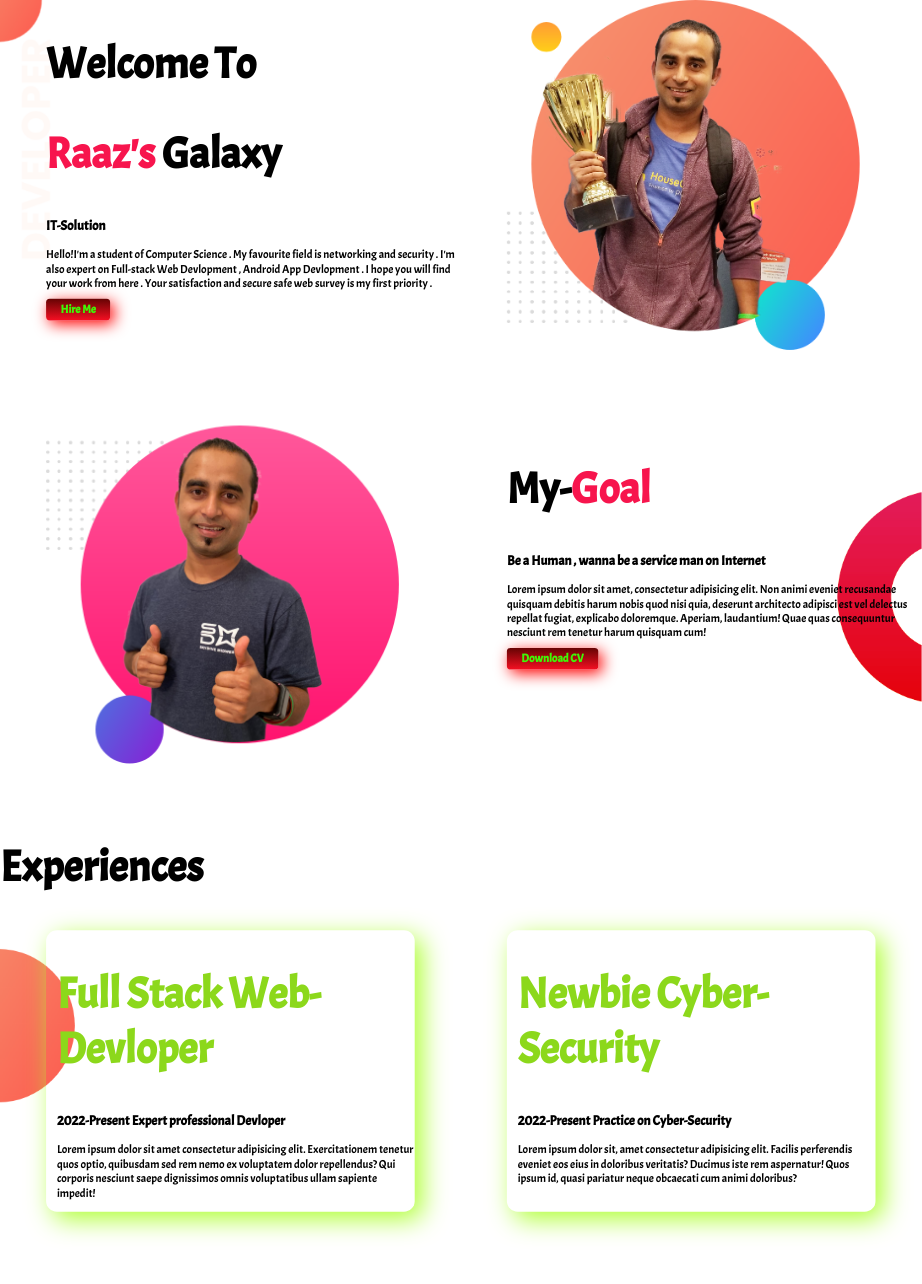
Repository: ramizraaz/my-portfolio
Page: about.html
An editor plug-in stored every save of this project. The page is shown before and after the next save, followed by the edit.
The browser window is 1280 px wide. The pictures show the whole page, at 72% of full size.

Above is the page before, as saved 2022-01-18 16:23:31.

### about.html
<!DOCTYPE html>
<html lang="en">

<head>
    <meta charset="UTF-8">
    <meta http-equiv="X-UA-Compatible" content="IE=edge">
    <meta name="viewport" content="width=device-width, initial-scale=1.0">
    <title>Raaz Portfolio</title>
    <link rel="preconnect" href="https://fonts.googleapis.com">
    <link rel="preconnect" href="https://fonts.gstatic.com" crossorigin>
    <link href="https://fonts.googleapis.com/css2?family=Acme&family=Lobster&family=Permanent+Marker&display=swap" rel="stylesheet">
    <link rel="stylesheet" href="design.css">
</head>

<body>
    <section class="top flex-container">
        <div class="content">
            <h1>Welcome To</h1>
            <h1><span> Raaz's </span>Galaxy</h1>
            <h3>IT-Solution</h3>
            <p>Hello!I'm a student of Computer Science . My favourite field is networking and security . I'm also expert on Full-stack Web Devlopment , Android App Devlopment . I hope you will find your work from here . Your satisfaction and secure safe
                web survey is my first priority .</p>
            <a class="link-button" href="" target="_blank">Hire Me</a>
        </div>
        <div class="content">
            <img src="images/jhankar.png" alt="Personal Profile">
        </div>
    </section>
    <section class="middle flex-container">
        <div class="content">
            <img src="images/jhankar2.png" alt="Personal Profile">
        </div>
        <div class="content">
            <h1>My-<span id="middHeadder">Goal</span></h1>
            <h3>Be a Human , wanna be a service man on Internet</h3>
            <p>Lorem ipsum dolor sit amet, consectetur adipisicing elit. Non animi eveniet recusandae quisquam debitis harum nobis quod nisi quia, deserunt architecto adipisci est vel delectus repellat fugiat, explicabo doloremque. Aperiam, laudantium! Quae
                quas consequuntur nesciunt rem tenetur harum quisquam cum!</p>
            <a class="link-button" href="" target="_blank">Download CV</a>
        </div>
    </section>
    <section class="bottom">
        <h1>Experiences</h1>
        <div class="flex-container">
            <div id="web-dev" class="exp-items">
                <h1 class="ex-h-color">Full Stack Web-Devloper</h1>
                <h3>2022-Present Expert professional Devloper</h3>
                <p>Lorem ipsum dolor sit amet consectetur adipisicing elit. Exercitationem tenetur quos optio, quibusdam sed rem nemo ex voluptatem dolor repellendus? Qui corporis nesciunt saepe dignissimos omnis voluptatibus ullam sapiente impedit!</p>
            </div>
            <div class="exp-items">
                <h1 class="ex-h-color">Newbie Cyber-Security </h1>
                <h3>2022-Present Practice on Cyber-Security</h3>
                <p>Lorem ipsum dolor sit, amet consectetur adipisicing elit. Facilis perferendis eveniet eos eius in doloribus veritatis? Ducimus iste rem aspernatur! Quos ipsum id, quasi pariatur neque obcaecati cum animi doloribus?</p>
            </div>
        </div>
    </section>
</body>

</html>

### design.css
body {
    font-family: 'Acme', sans-serif;
    margin: 0;
}

h1 {
    font-size: 60px;
}

span {
    color: rgb(247, 21, 77);
}

.flex-container {
    display: flex;
    /* Using this attribute for show photo and content flexible left right part */
    margin-bottom: 100px;
}

.content {
    width: 50%;
    /*to make 2 div 50//50 size*/
    padding-left: 5%;
}

.content img {
    width: 85%;
    /*adjusting image*/
}

.link-button {
    text-decoration: none;
    background-image: linear-gradient(rgb(102, 3, 3), #f50f22);
    padding: 5px 20px;
    border-radius: 5px;
    font-weight: 800;
    color: rgb(63, 247, 7);
    box-shadow: 5px 5px 20px red;
}

.top {
    background-image: url(images/top-banner.png);
    background-repeat: no-repeat;
}

.middle {
    background-image: url(images/dream-bg.png);
    background-repeat: no-repeat;
    background-position: right;
}

.middHeadder {
    color: crimson;
}

.ex-h-color {
    color: rgb(140, 216, 27);
}

.bottom {
    background-image: url(images/exp-bg.png);
    background-repeat: no-repeat;
    background-position: left;
}

.exp-items {
    width: 40%;
    margin-left: 5%;
    margin-right: 5%;
    padding-left: 15px;
    border-radius: 15px;
    box-shadow: 10px 10px 35px greenyellow;
}

#web-dev {}

After the next save:
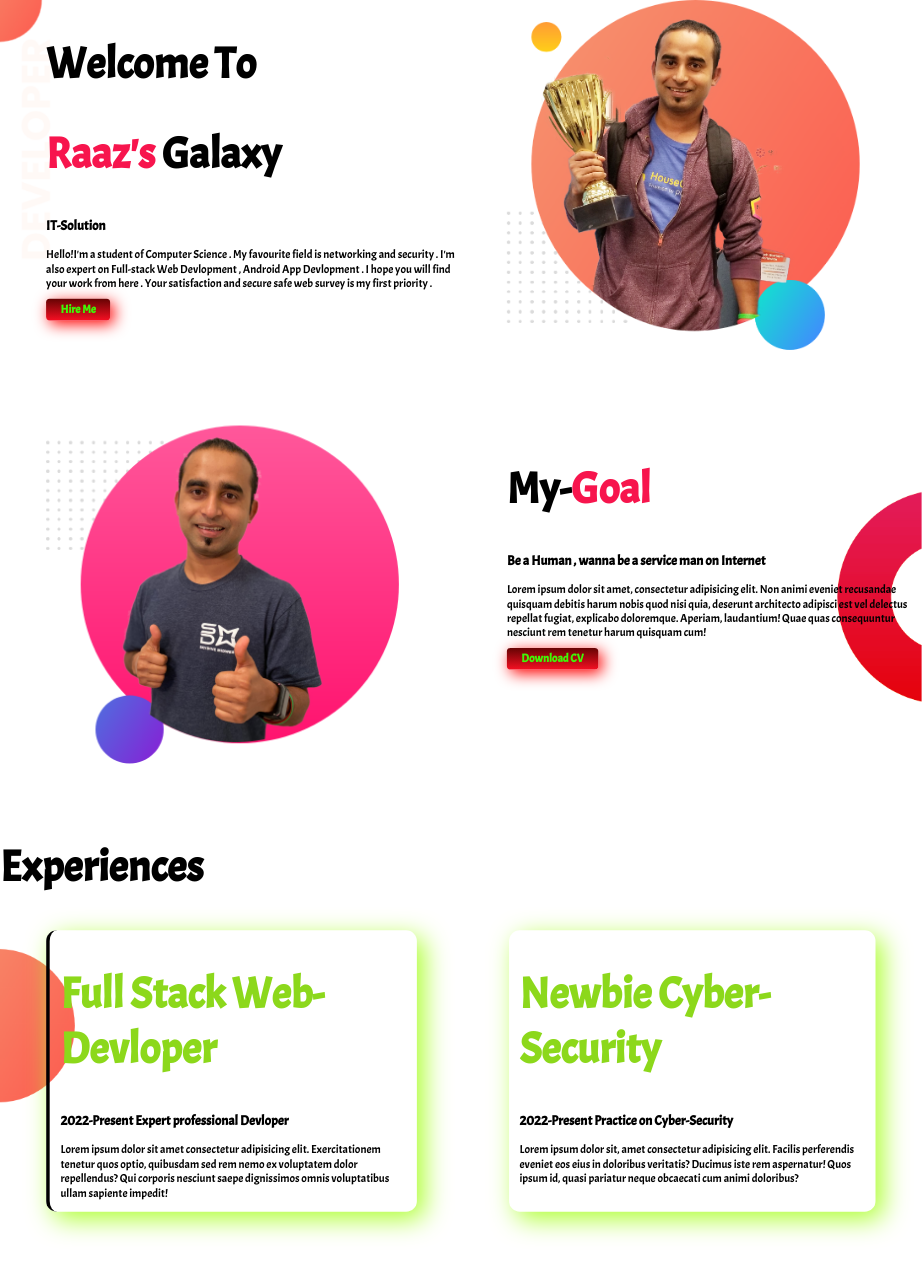
Saved 17 s later.
--- a/design.css
+++ b/design.css
@@ -72,4 +72,6 @@ span {
     box-shadow: 10px 10px 35px greenyellow;
 }
 
-#web-dev {}
+#web-dev {
+    border-left: 5px solid;
+}
